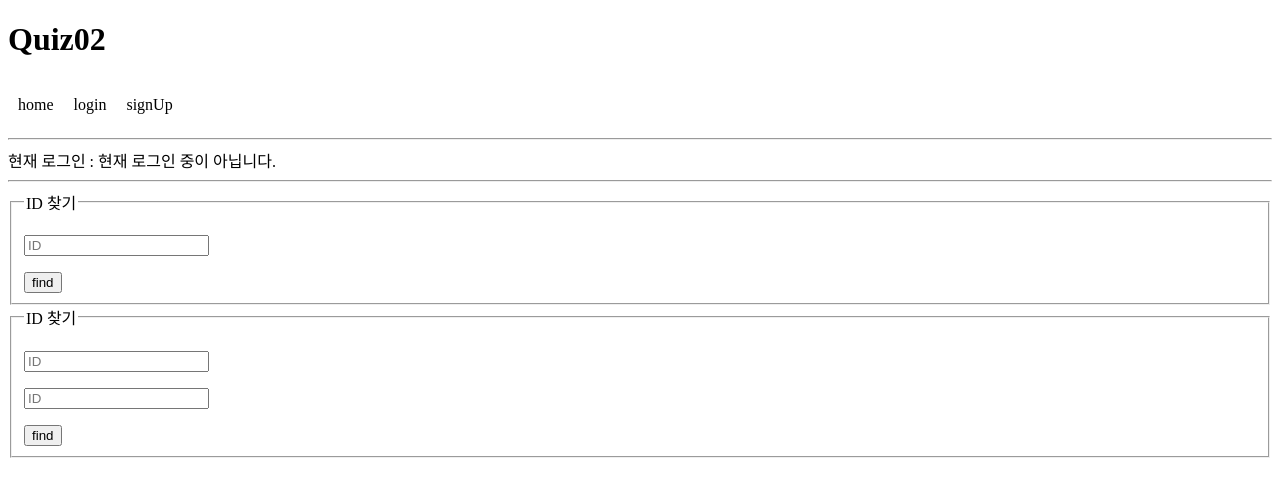
Repository: ChimmyWorld/JSP
Page: http://localhost/Day50/quiz2/find.jsp
The author's editor kept a copy of each file at every save. The page is drawn from the files as they stood at one save, then again after the next save.
The browser window is 1280 px wide. The pictures show the whole page.
The page is served by Tomcat 9.

Above is the page before, as saved 2023-09-21 02:33:20.

After the next save:
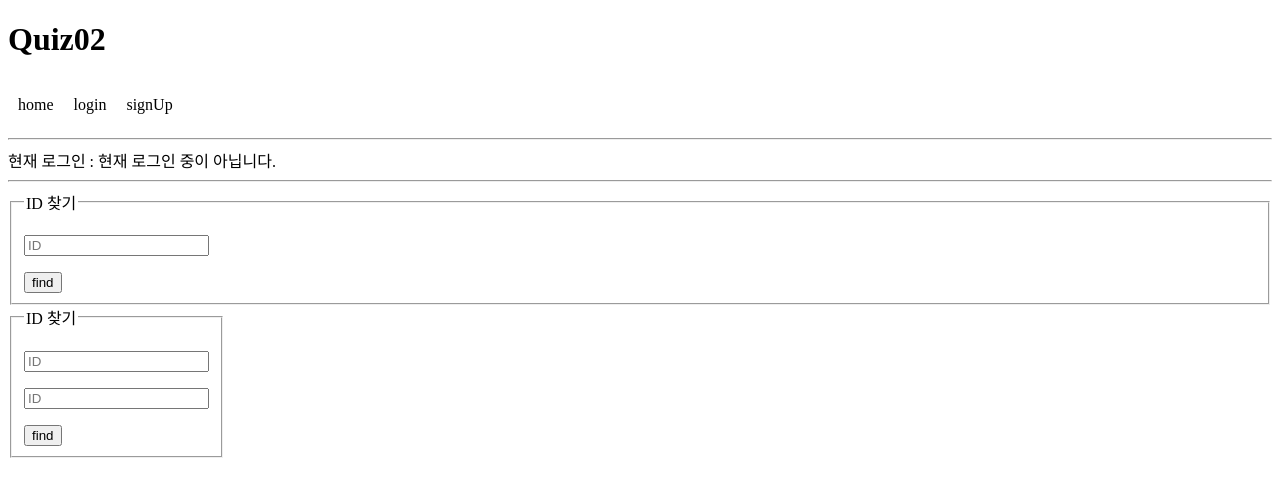
Saved 30 s later.
--- a/Day50/WebContent/css/style.css
+++ b/Day50/WebContent/css/style.css
@@ -25,3 +25,6 @@ nav {
 	border: 1px solid #a0a0a0;
 	padding: 5px 10px;
 }
+.accFind{
+	display: inline-block;
+}
